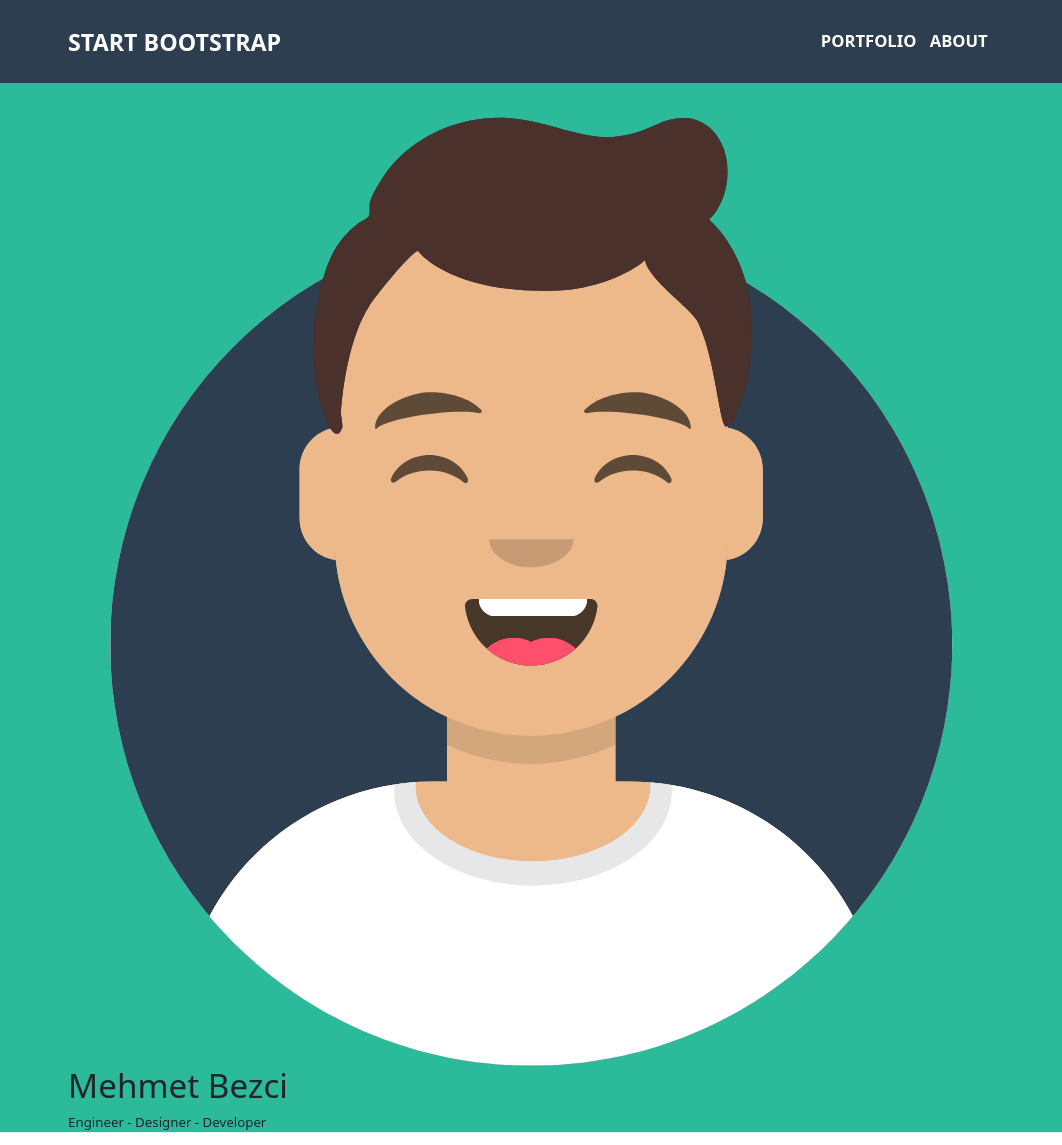
Repository: 7JaxeN7/WT-1255P-Mehmet_BEZC-
Page: index.html
The author's editor kept a copy of each file at every save. The page is drawn from the files as they stood at one save, then again after the next save.
The browser window is 1280 px wide. The pictures show the whole page, at 83% of full size.

Above is the page before, as saved 2025-01-06 21:04:55.

After the next save:
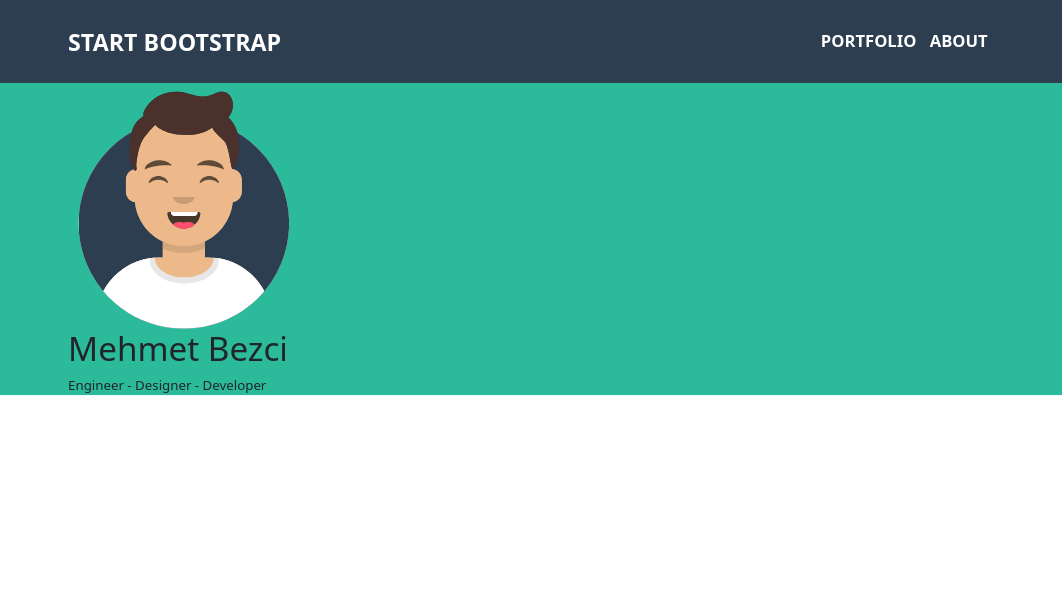
Saved 84 s later.
--- a/index.html
+++ b/index.html
@@ -36,7 +36,7 @@
   <!-- Herosection -->
    <div class="herosection-bg">
     <div class="container">
-      <img src="/assets/img/avataaars.svg"/>
+      <img src="/assets/img/avataaars.svg" width="25%"/>
     <h1>Mehmet Bezci</h1>
     <p>Engineer - Designer - Developer</p>
     </div>
